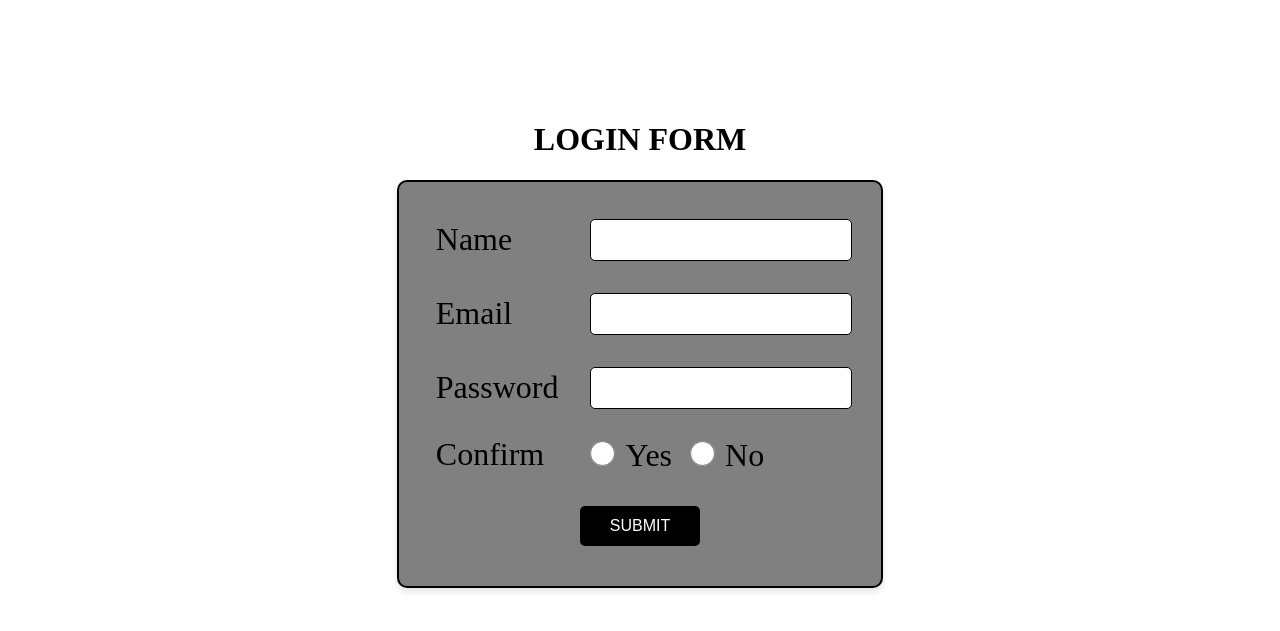
Repository: obusakthi539/Loginform
Page: Form.html
These files come from the project's save history. The page is drawn as it stood at one moment and after the next save; the edit follows.
The browser window is 1280 px wide. The pictures show the whole page.

Above is the page before, as saved 2025-01-11 14:24:19.

### Form.html
<!DOCTYPE html>
<html lang="en">
<head>
    <meta charset="UTF-8">
    <meta name="viewport" content="width=device-width, initial-scale=1.0">
    <title>Document</title>
    <style>
        body {
            display: flex;
            flex-direction: column;
            align-items: center;
            justify-content: center;
            margin-top: 100px;
        }
        .a {
            background-color: gray;
            font-size: xx-large;
            width: 35%;
            display: flex;
            flex-direction: column;
            padding: 20px;
            border: 2px solid black;
            border-radius: 10px;
            box-shadow: 0px 4px 6px rgba(0, 0, 0, 0.1);
        }
        .a input {
            width: 250px;
            height: 30px;
            margin: 5px 0;
            border: 1px solid black;
            border-radius: 5px;
            padding: 5px;
        }
        #i {
            width: 25px;
            height: 25px;
            margin-right: 10px;
        }
        button {
            display: block;
            margin: 20px auto;
            width: 120px;
            height: 40px;
            background-color: black;
            color: white;
            border: none;
            border-radius: 5px;
            cursor: pointer;
            font-size: medium;
        }
        button:hover {
            background-color: darkgray;
        }
        table {
            margin: 0 auto;
        }
        table td {
            padding: 10px 15px; /* Add padding for spacing */
        }
    </style>
</head>
<body>
    <h1>LOGIN FORM</h1>
    <div class="a">
        <form action="">
            <table>
                <tr>
                    <td><label for="">Name</label></td>
                    <td><input type="text"></td>
                </tr>
                <tr>
                    <td><label for="">Email</label></td>
                    <td><input type="email"></td>
                </tr>
                <tr>
                    <td><label for="">Password</label></td>
                    <td><input type="password"></td>
                </tr>
                <tr>
                    <td><label for="">Confirm</label></td>
                    <td>
                        <input type="radio" name="a" id="i">Yes
                        <input type="radio" name="a" id="i" style="margin-left: 10px;">No
                    </td>
                </tr>
            </table>
            <button type="submit">SUBMIT</button>
        </form>
    </div>
</body>
</html>

After the next save:
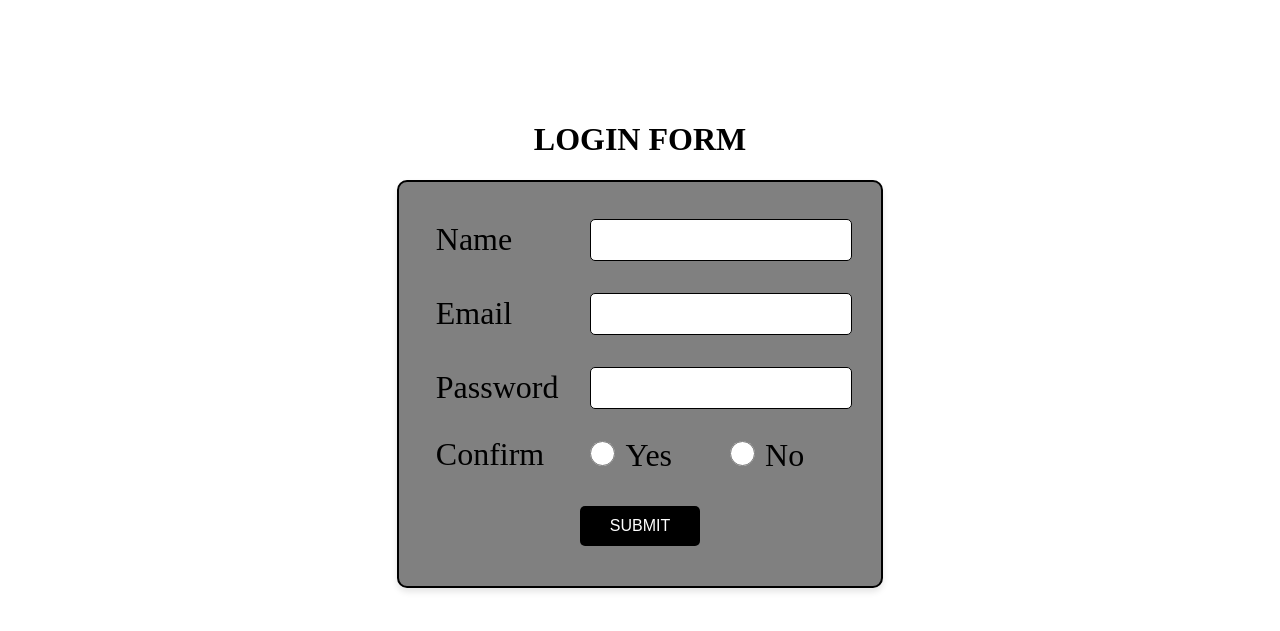
Saved 16 s later.
--- a/Form.html
+++ b/Form.html
@@ -80,7 +80,7 @@
                     <td><label for="">Confirm</label></td>
                     <td>
                         <input type="radio" name="a" id="i">Yes
-                        <input type="radio" name="a" id="i" style="margin-left: 10px;">No
+                        <input type="radio" name="a" id="i" style="margin-left: 50px;">No
                     </td>
                 </tr>
             </table>
